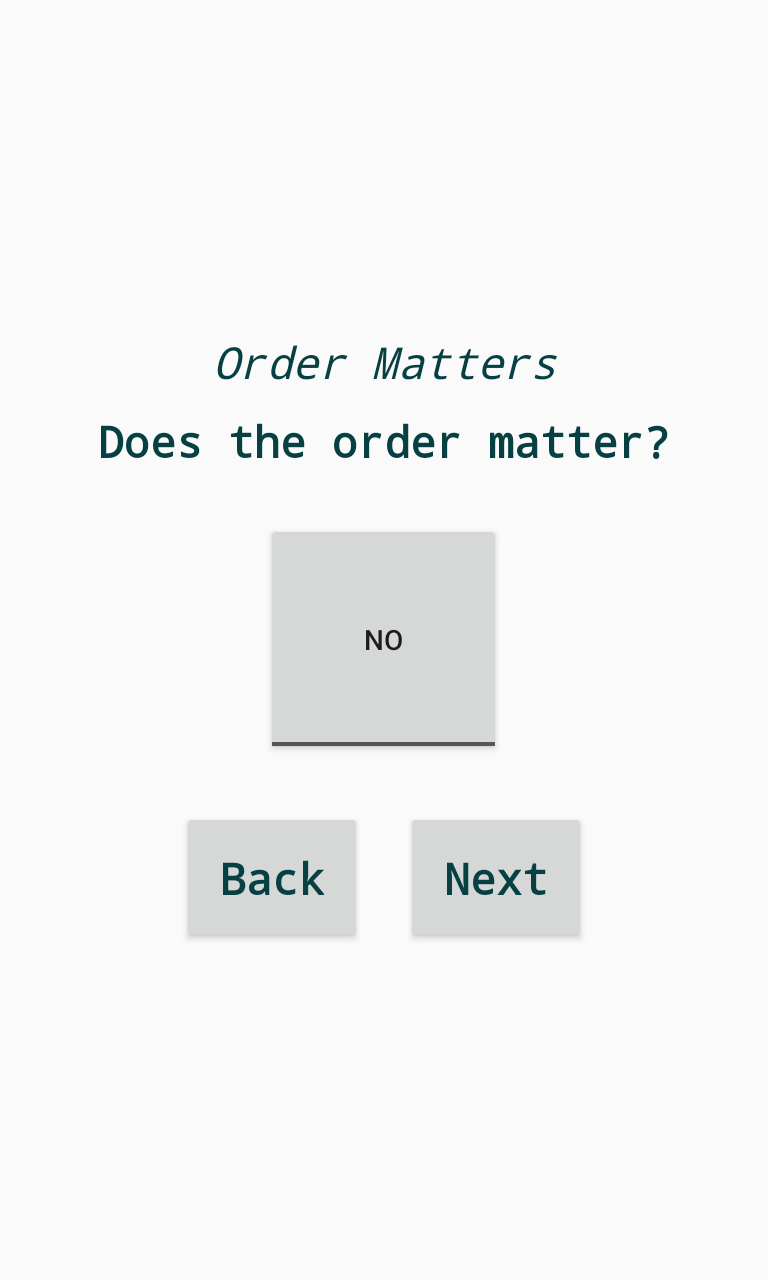
Repository: rontejada1991/Combinations-and-Permutations-Android-App
Layout: combinations/res/layout/activity_order.xml
The author's editor kept a copy of each file at every save. The layout is drawn from the files as they stood at one save, then again after the next save.
It is drawn on a 768 x 1280 px phone screen (xhdpi) without system bars, with theme AppTheme; the app's code is not run.

Above is the layout before, as saved 2014-11-07 21:09:50.

### combinations/res/layout/activity_order.xml
<LinearLayout xmlns:android="http://schemas.android.com/apk/res/android"
    xmlns:tools="http://schemas.android.com/tools"
    android:layout_width="match_parent"
    android:layout_height="match_parent"
	android:orientation="vertical"
	android:gravity="center"
	android:padding="25dp"
    tools:context="com.silvercloudgames.combinations.OrderActivity" >

	<TextView
	    android:id="@+id/tv_title"
        style="@style/CodeFont.Italic"
        android:layout_width="fill_parent"
        android:text="Order Matters"
        android:layout_marginBottom="10dp" />

	<TextView
	    android:id="@+id/tv_sub"
        style="@style/CodeFont"
        android:layout_width="fill_parent"
        android:text="Does the order matter?"
        android:layout_marginBottom="25dp" />

		<ToggleButton
		    android:id="@+id/tb_order"
		    android:layout_width="wrap_content"
		    android:layout_height="wrap_content"
		    android:textOn="Yes"
		    android:textOff="No"
		    android:padding="50dp"
		    android:layout_marginBottom="25dp" />

	<LinearLayout
	    android:layout_width="fill_parent"
	    android:layout_height="wrap_content"
	    android:orientation="horizontal"
	    android:gravity="center">

	    <Button
	        android:id="@+id/b_back"
	        style="@style/CodeFont"
	        android:text="Back"
	        android:padding="20dp"
	        android:layout_marginRight="10dp"
	        android:onClick="onBackPressed" />

	   	<Button
	   	    android:id="@+id/b_next"
	        style="@style/CodeFont"
	        android:text="Next"
	        android:padding="20dp"
	        android:layout_marginLeft="10dp"
	        android:onClick="onNextPressed" />

	</LinearLayout>

</LinearLayout>

### combinations/res/values/code_font.xml
<?xml version="1.0" encoding="utf-8"?>
<resources xmlns:android="http://schemas.android.com/apk/res/android">

    <style name="CodeFont">
        <item name="android:layout_width">wrap_content</item>
        <item name="android:layout_height">wrap_content</item>
        <item name="android:textColor">#064042</item>
        <item name="android:textStyle">bold</item>
        <item name="android:typeface">monospace</item>
        <item name="android:gravity">center</item>
        <item name="android:textAppearance">@android:style/TextAppearance.Large</item>
    </style>

    <style name="CodeFont.Med">
        <item name="android:textAppearance">@android:style/TextAppearance.Medium</item>
    </style>

    <style name="CodeFont.Italic">
        <item name="android:textStyle">italic</item>
    </style>

</resources>

Loaded but not shown: combinations/res/values/styles.xml (common file); combinations/res/values-v11/styles.xml (common file); combinations/res/values-v14/styles.xml (common file)

After the next save:
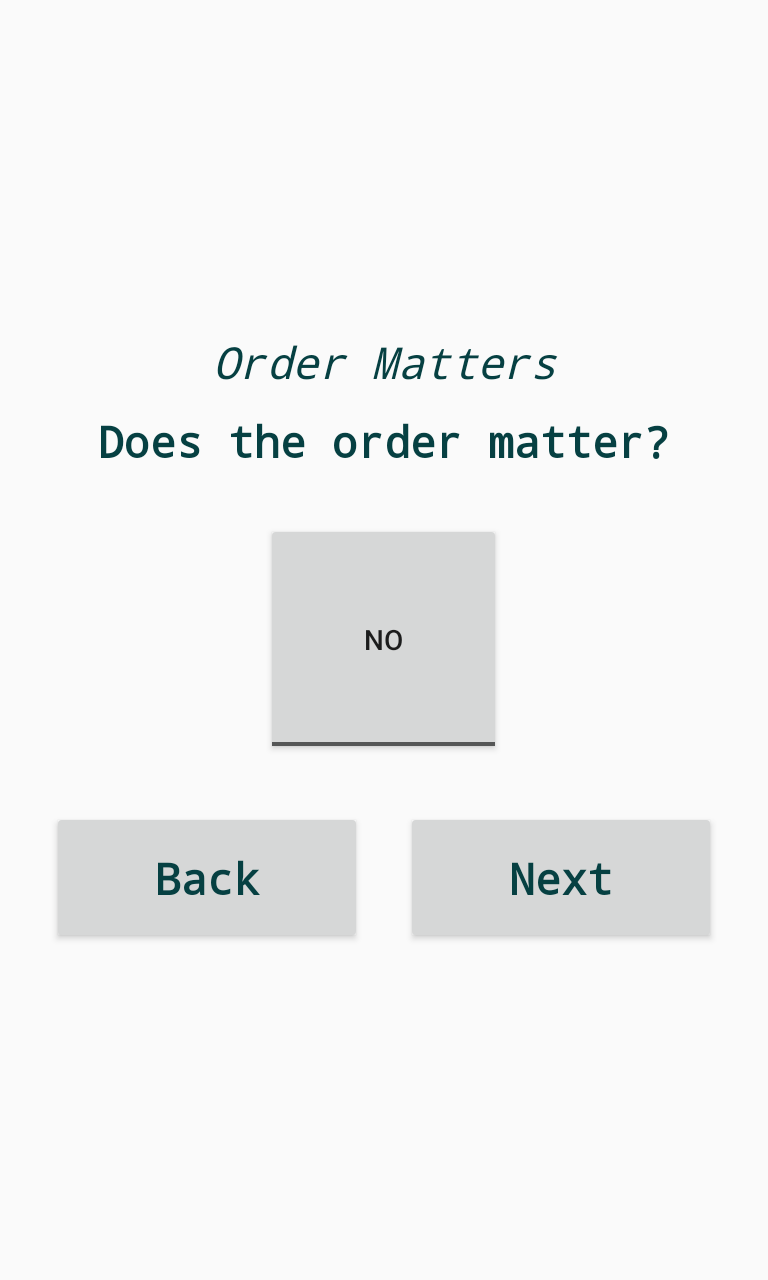
Saved 16 s later.
--- a/combinations/res/layout/activity_order.xml
+++ b/combinations/res/layout/activity_order.xml
@@ -41,6 +41,7 @@
 	        style="@style/CodeFont"
 	        android:text="Back"
 	        android:padding="20dp"
+	        android:layout_weight="1"
 	        android:layout_marginRight="10dp"
 	        android:onClick="onBackPressed" />
 
@@ -49,6 +50,7 @@
 	        style="@style/CodeFont"
 	        android:text="Next"
 	        android:padding="20dp"
+	        android:layout_weight="1"
 	        android:layout_marginLeft="10dp"
 	        android:onClick="onNextPressed" />
 
